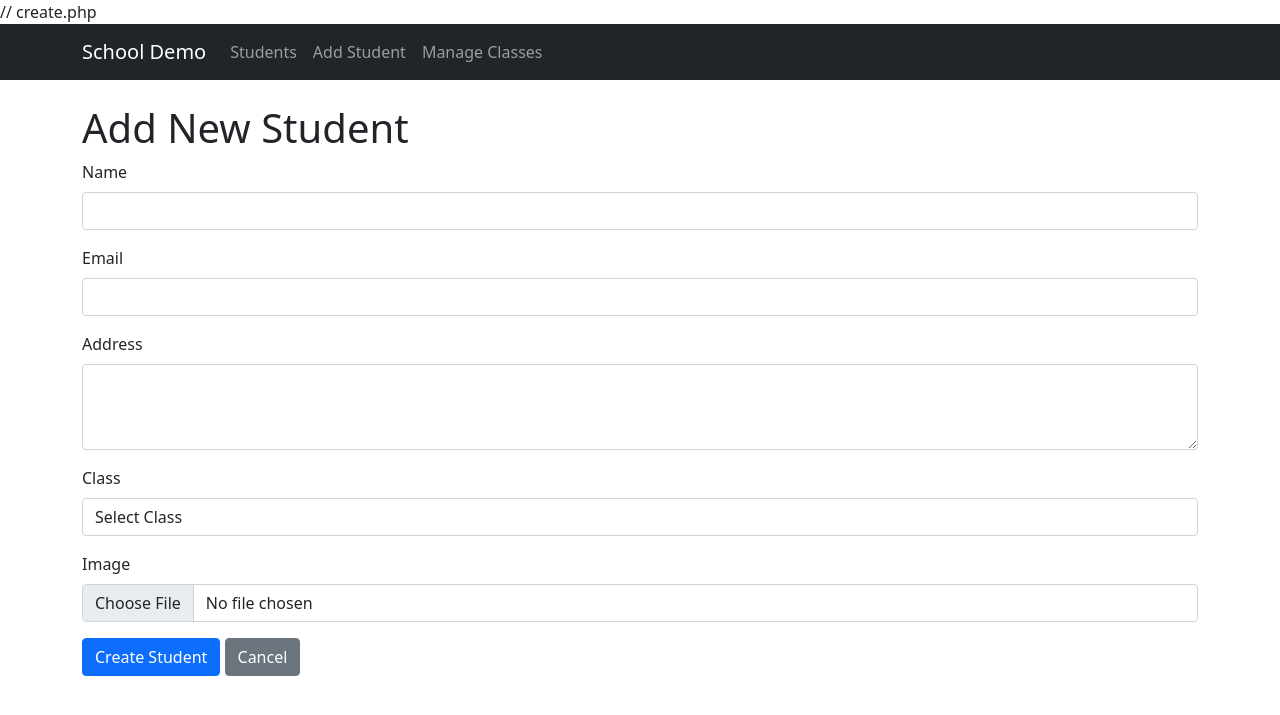
Repository: ASHVAMI/school_demo
Page: http://localhost/create.php
These files come from the project's save history. The page is drawn as it stood at one moment and after the next save; the edit follows.
The browser window is 1280 px wide. The pictures show the whole page.
The page is run by PHP 8.4 with error messages shown; the project is at /var/www/html/. Queries for data that is not in the repository find no rows.

Above is the page before, as saved 2024-11-30 23:35:55.

### create.php
// create.php
<?php
require_once 'config/database.php';
require_once 'classes/Student.php';
require_once 'classes/ClassRoom.php';

$student = new Student($pdo);
$classroom = new ClassRoom($pdo);
$classes = $classroom->getAllClasses();

if ($_SERVER['REQUEST_METHOD'] == 'POST') {
    $name = $_POST['name'] ?? '';
    $email = $_POST['email'] ?? '';
    $address = $_POST['address'] ?? '';
    $class_id = $_POST['class_id'] ?? '';

    $errors = [];

    if (empty($name)) {
        $errors[] = "Name is required";
    }

    if (empty($email)) {
        $errors[] = "Email is required";
    }

    $image_name = '';
    if (isset($_FILES['image']) && $_FILES['image']['error'] == 0) {
        $allowed = ['jpg', 'jpeg', 'png'];
        $file_name = $_FILES['image']['name'];
        $file_ext = strtolower(pathinfo($file_name, PATHINFO_EXTENSION));

        if (!in_array($file_ext, $allowed)) {
            $errors[] = "Please upload an image file (jpg, jpeg, png)";
        } else {
            $image_name = uniqid() . "." . $file_ext;
            move_uploaded_file($_FILES['image']['tmp_name'], "uploads/" . $image_name);
        }
    }

    if (empty($errors)) {
        if ($student->createStudent($name, $email, $address, $class_id, $image_name)) {
            header("Location: index.php");
            exit;
        } else {
            $errors[] = "Error creating student";
        }
    }
}

include 'includes/header.php';
?>

<h1>Add New Student</h1>

<?php if (!empty($errors)): ?>
    <div class="alert alert-danger">
        <ul class="mb-0">
            <?php foreach ($errors as $error): ?>
                <li><?php echo htmlspecialchars($error); ?></li>
            <?php endforeach; ?>
        </ul>
    </div>
<?php endif; ?>

<form method="post" enctype="multipart/form-data">
    <div class="mb-3">
        <label for="name" class="form-label">Name</label>
        <input type="text" class="form-control" id="name" name="name" required>
    </div>

    <div class="mb-3">
        <label for="email" class="form-label">Email</label>
        <input type="email" class="form-control" id="email" name="email" required>
    </div>

    <div class="mb-3">
        <label for="address" class="form-label">Address</label>
        <textarea class="form-control" id="address" name="address" rows="3"></textarea>
    </div>

    <div class="mb-3">
        <label for="class_id" class="form-label">Class</label>
        <select class="form-control" id="class_id" name="class_id" required>
            <option value="">Select Class</option>
            <?php foreach ($classes as $class): ?>
                <option value="<?php echo $class['class_id']; ?>">
                    <?php echo htmlspecialchars($class['name']); ?>
                </option>
            <?php endforeach; ?>
        </select>
    </div>

    <div class="mb-3">
        <label for="image" class="form-label">Image</label>
        <input type="file" class="form-control" id="image" name="image">
    </div>

    <button type="submit" class="btn btn-primary">Create Student</button>
    <a href="index.php" class="btn btn-secondary">Cancel</a>
</form>

<?php include 'includes/footer.php'; ?>

### config/database.php

<?php
class Database {
    private $host = "localhost";
    private $db_name = "school_db";
    private $username = "root";
    private $password = "";
    private $conn;

    public function getConnection() {
        $this->conn = null;

        try {
            $this->conn = new PDO(
                "mysql:host=" . $this->host . ";dbname=" . $this->db_name,
                $this->username,
                $this->password
            );
            $this->conn->setAttribute(PDO::ATTR_ERRMODE, PDO::ERRMODE_EXCEPTION);
            $this->conn->setAttribute(PDO::ATTR_DEFAULT_FETCH_MODE, PDO::FETCH_ASSOC);
        } catch(PDOException $e) {
            echo "Connection Error: " . $e->getMessage();
        }

        return $this->conn;
    }
}

$database = new Database();
$pdo = $database->getConnection();
?>

### classes/Student.php

<?php
class Student {
    private $conn;
    private $table_name = "student";

    public function __construct($db) {
        $this->conn = $db;
    }

    public function getAllStudents() {
        $query = "SELECT s.*, c.name as class_name
                 FROM " . $this->table_name . " s
                 LEFT JOIN classes c ON s.class_id = c.class_id
                 ORDER BY s.created_at DESC";

        $stmt = $this->conn->prepare($query);
        $stmt->execute();

        return $stmt->fetchAll();
    }

    public function getStudent($id) {
        $query = "SELECT s.*, c.name as class_name
                 FROM " . $this->table_name . " s
                 LEFT JOIN classes c ON s.class_id = c.class_id
                 WHERE s.id = :id";

        $stmt = $this->conn->prepare($query);
        $stmt->bindParam(":id", $id);
        $stmt->execute();

        return $stmt->fetch();
    }

    public function createStudent($name, $email, $address, $class_id, $image = null) {
        $query = "INSERT INTO " . $this->table_name . "
                 (name, email, address, class_id, image)
                 VALUES (:name, :email, :address, :class_id, :image)";

        $stmt = $this->conn->prepare($query);

        $stmt->bindParam(":name", $name);
        $stmt->bindParam(":email", $email);
        $stmt->bindParam(":address", $address);
        $stmt->bindParam(":class_id", $class_id);
        $stmt->bindParam(":image", $image);

        return $stmt->execute();
    }

    public function updateStudent($id, $name, $email, $address, $class_id, $image = null) {
        $query = "UPDATE " . $this->table_name . "
                 SET name = :name,
                     email = :email,
                     address = :address,
                     class_id = :class_id" .
                 ($image ? ", image = :image" : "") .
                 " WHERE id = :id";

        $stmt = $this->conn->prepare($query);

        $stmt->bindParam(":id", $id);
        $stmt->bindParam(":name", $name);
        $stmt->bindParam(":email", $email);
        $stmt->bindParam(":address", $address);
        $stmt->bindParam(":class_id", $class_id);

        if ($image) {
            $stmt->bindParam(":image", $image);
        }

        return $stmt->execute();
    }

    public function deleteStudent($id) {
        $query = "DELETE FROM " . $this->table_name . " WHERE id = :id";
        $stmt = $this->conn->prepare($query);
        $stmt->bindParam(":id", $id);
        return $stmt->execute();
    }
}
?>

### classes/ClassRoom.php

<?php
class ClassRoom {
    private $conn;
    private $table_name = "classes";

    public function __construct($db) {
        $this->conn = $db;
    }

    public function getAllClasses() {
        $query = "SELECT * FROM " . $this->table_name . " ORDER BY name ASC";
        $stmt = $this->conn->prepare($query);
        $stmt->execute();
        return $stmt->fetchAll();
    }

    public function getClass($id) {
        $query = "SELECT * FROM " . $this->table_name . " WHERE class_id = :id";
        $stmt = $this->conn->prepare($query);
        $stmt->bindParam(":id", $id);
        $stmt->execute();
        return $stmt->fetch();
    }

    public function createClass($name) {
        $query = "INSERT INTO " . $this->table_name . " (name) VALUES (:name)";
        $stmt = $this->conn->prepare($query);
        $stmt->bindParam(":name", $name);
        return $stmt->execute();
    }

    public function updateClass($id, $name) {
        $query = "UPDATE " . $this->table_name . " SET name = :name WHERE class_id = :id";
        $stmt = $this->conn->prepare($query);
        $stmt->bindParam(":name", $name);
        $stmt->bindParam(":id", $id);
        return $stmt->execute();
    }

    public function deleteClass($id) {
        $query = "DELETE FROM " . $this->table_name . " WHERE class_id = :id";
        $stmt = $this->conn->prepare($query);
        $stmt->bindParam(":id", $id);
        return $stmt->execute();
    }
}
?>

### includes/header.php

<!DOCTYPE html>
<html lang="en">
<head>
    <meta charset="UTF-8">
    <meta name="viewport" content="width=device-width, initial-scale=1.0">
    <title>School Management System</title>
    <link href="https://cdn.jsdelivr.net/npm/bootstrap@5.1.3/dist/css/bootstrap.min.css" rel="stylesheet">
    <link href="assets/css/style.css" rel="stylesheet">
</head>
<body>
    <nav class="navbar navbar-expand-lg navbar-dark bg-dark mb-4">
        <div class="container">
            <a class="navbar-brand" href="index.php">School Demo</a>
            <button class="navbar-toggler" type="button" data-bs-toggle="collapse" data-bs-target="#navbarNav">
                <span class="navbar-toggler-icon"></span>
            </button>
            <div class="collapse navbar-collapse" id="navbarNav">
                <ul class="navbar-nav">
                    <li class="nav-item">
                        <a class="nav-link" href="index.php">Students</a>
                    </li>
                    <li class="nav-item">
                        <a class="nav-link" href="create.php">Add Student</a>
                    </li>
                    <li class="nav-item">
                        <a class="nav-link" href="classes.php">Manage Classes</a>
                    </li>
                </ul>
            </div>
        </div>
    </nav>
    <div class="container">

### includes/footer.php

    </div>
    <script src="https://cdn.jsdelivr.net/npm/bootstrap@5.1.3/dist/js/bootstrap.bundle.min.js"></script>
    <script src="assets/js/main.js"></script>
</body>
</html>

### assets/css/style.css

.student-image {
    max-width: 150px;
    height: auto;
}

.image-preview {
    max-width: 200px;
    margin-top: 10px;
    display: none;
}

.table-responsive {
    margin-bottom: 1rem;
}

.form-group {
    margin-bottom: 1rem;
}

.alert {
    margin-bottom: 1rem;
}

.card {
    margin-bottom: 2rem;
    box-shadow: 0 0.125rem 0.25rem rgba(0, 0, 0, 0.075);
}

.btn-group-sm > .btn, .btn-sm {
    padding: 0.25rem 0.5rem;
    font-size: 0.875rem;
    border-radius: 0.2rem;
}

.navbar {
    margin-bottom: 2rem;
}

.invalid-feedback {
    display: none;
    width: 100%;
    margin-top: 0.25rem;
    font-size: 80%;
    color: #dc3545;
}

.was-validated .form-control:invalid ~ .invalid-feedback {
    display: block;
}

### assets/js/main.js

document.addEventListener('DOMContentLoaded', function() {
    // Preview image before upload
    const imageInput = document.querySelector('input[type="file"]');
    const imagePreview = document.querySelector('.image-preview');

    if (imageInput && imagePreview) {
        imageInput.addEventListener('change', function() {
            const file = this.files[0];
            if (file) {
                const reader = new FileReader();
                reader.onload = function(e) {
                    imagePreview.src = e.target.result;
                    imagePreview.style.display = 'block';
                }
                reader.readAsDataURL(file);
            }
        });
    }

    // Form validation
    const forms = document.querySelectorAll('.needs-validation');
    forms.forEach(form => {
        form.addEventListener('submit', function(event) {
            if (!form.checkValidity()) {
                event.preventDefault();
                event.stopPropagation();
            }
            form.classList.add('was-validated');
        });
    });
});

After the next save:
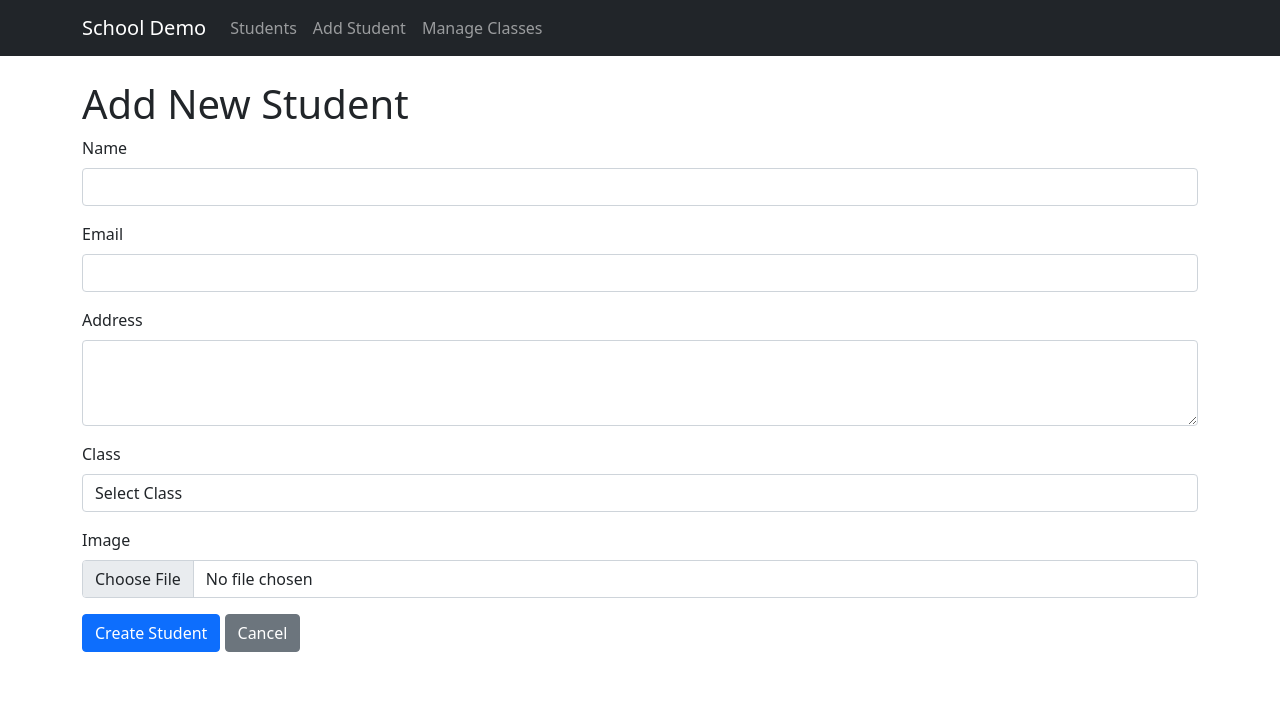
Saved 7 s later.
--- a/create.php
+++ b/create.php
@@ -1,4 +1,4 @@
-// create.php
+
 <?php
 require_once 'config/database.php';
 require_once 'classes/Student.php';
